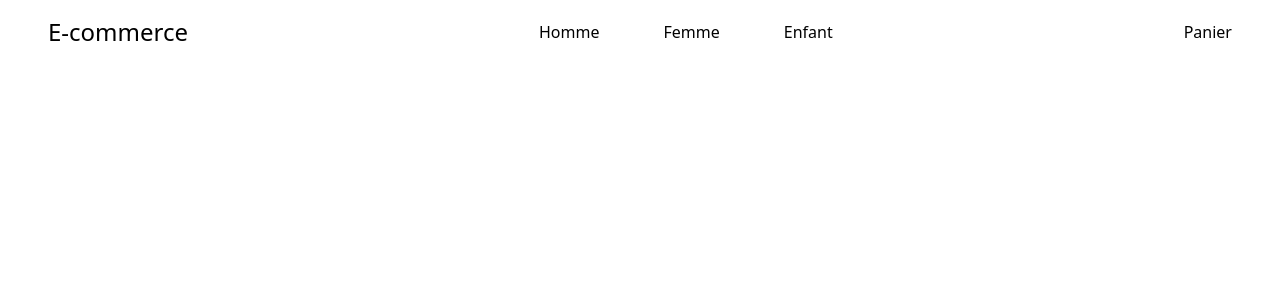
Repository: Adrien-legeleu/e-commerce
Page: / (app in frontend/)
The author's editor kept a copy of each file at every save. The page is drawn from the files as they stood at one save, then again after the next save.
The browser window is 1280 px wide. The pictures show the whole page.
The project was rebuilt for these pictures with package versions that can differ from the ones it lists, and the page was loaded fresh each time. Also part of the build but not shown: frontend/vite.config.ts.

Above is the page before, as saved 2024-05-17 17:42:13.

### frontend/index.html
<!doctype html>
<html lang="en">
  <head>
    <meta charset="UTF-8" />
    <link rel="icon" type="image/svg+xml" href="/vite.svg" />
    <meta name="viewport" content="width=device-width, initial-scale=1.0" />
    <title>E-commerce</title>
  </head>
  <body>
    <div id="root"></div>
    <script type="module" src="/src/main.tsx"></script>
  </body>
</html>

### frontend/src/App.tsx
import { Header } from "./components";

const App = () => {
  return (
    <div>
      <Header />
    </div>
  );
};

export default App;

### frontend/src/components/Header.tsx
export const Header = () => {
  return (
    <div className="px-12 py-4 w-full  flex  justify-between items-center">
      <div className="">
        <h1 className="text-2xl">E-commerce</h1>
      </div>
      <ul className="flex items-center  gap-16">
        <li>Homme</li>
        <li>Femme</li>
        <li>Enfant</li>
      </ul>
      <div>
        <button>Panier</button>
      </div>
    </div>
  );
};

Loaded but not shown: frontend/src/main.tsx (common file); frontend/src/index.css (common file); frontend/src/components/index.ts (common file); frontend/tailwind.config.js (common file)

After the next save:
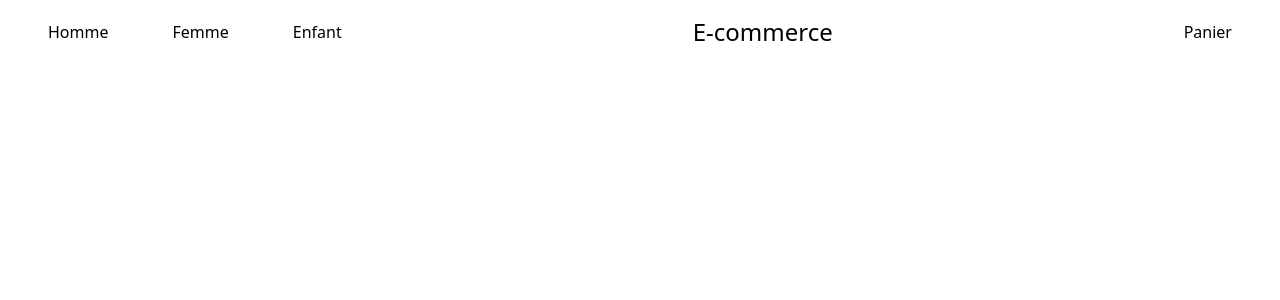
Saved 68 s later.
--- a/frontend/src/components/Header.tsx
+++ b/frontend/src/components/Header.tsx
@@ -1,14 +1,14 @@
 export const Header = () => {
   return (
     <div className="px-12 py-4 w-full  flex  justify-between items-center">
-      <div className="">
-        <h1 className="text-2xl">E-commerce</h1>
-      </div>
       <ul className="flex items-center  gap-16">
         <li>Homme</li>
         <li>Femme</li>
         <li>Enfant</li>
       </ul>
+      <div className="">
+        <h1 className="text-2xl">E-commerce</h1>
+      </div>
       <div>
         <button>Panier</button>
       </div>
